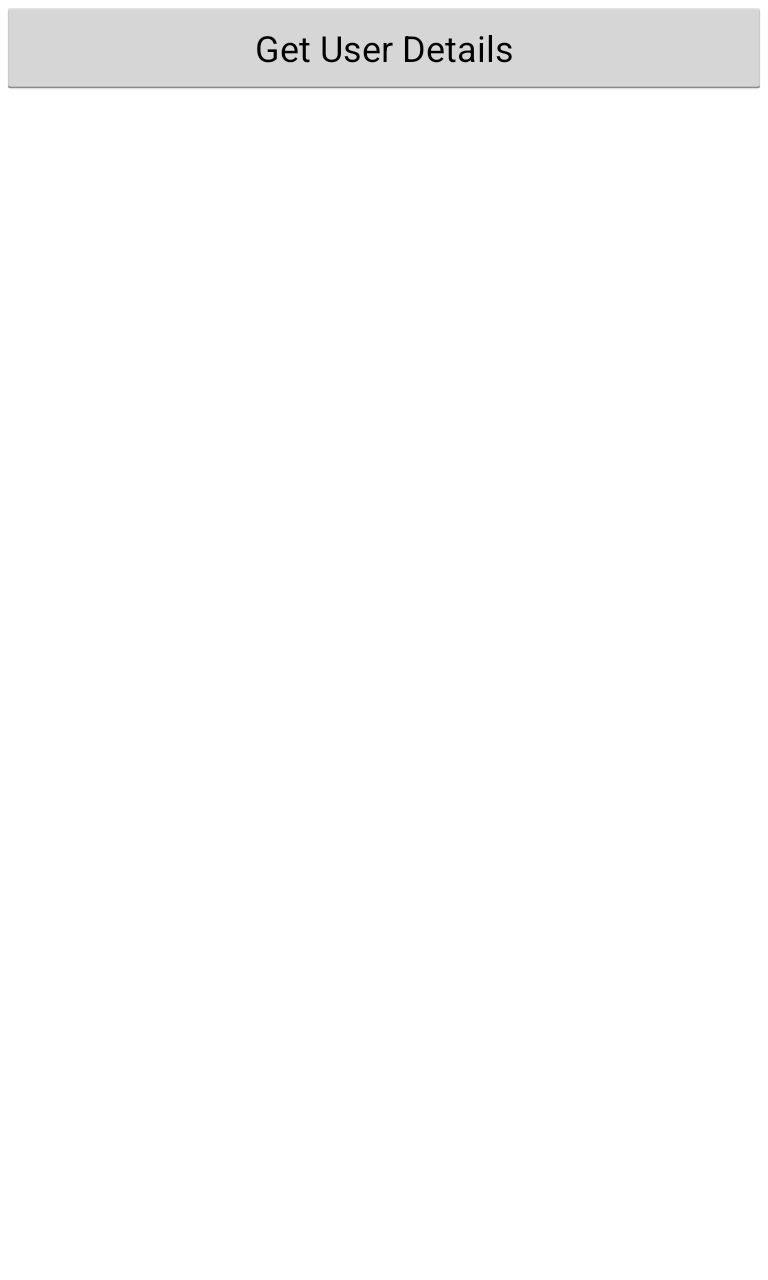
Repository: LakshmiKalyani93/AndroidTraining
Layout: UserInfo/res/layout/info.xml
The author's editor kept a copy of each file at every save. The layout is drawn from the files as they stood at one save, then again after the next save.
It is drawn on a 768 x 1280 px phone screen (xhdpi) without system bars, with theme AppTheme; the app's code is not run.

Above is the layout before, as saved 2014-09-09 06:59:23.

### UserInfo/res/layout/info.xml
<?xml version="1.0" encoding="utf-8"?>
<LinearLayout xmlns:android="http://schemas.android.com/apk/res/android"
    android:layout_width="match_parent"
    android:layout_height="match_parent"
    android:orientation="vertical"
    android:layout_gravity="center" >

    <Button android:id="@+id/user_btn"
        android:layout_height="wrap_content"
        android:layout_width="match_parent"
        android:text="@string/user"
        />


</LinearLayout>

### UserInfo/res/values/strings.xml
<resources>

    <string name="app_name">UserInfo</string>
    <string name="user">Get User Details</string>


</resources>

Loaded but not shown: UserInfo/res/values/styles.xml (common file); UserInfo/res/values-v11/styles.xml (common file); UserInfo/res/values-v14/styles.xml (common file)

After the next save:
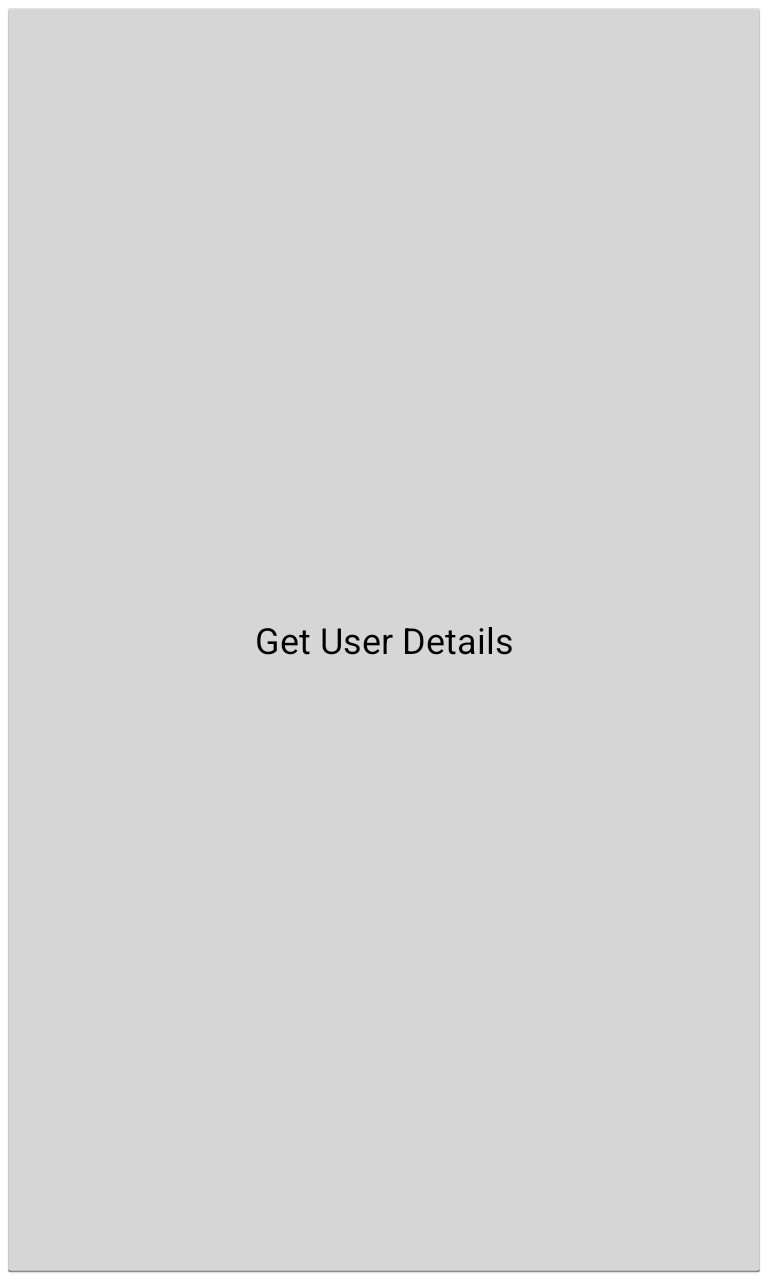
Saved 17 s later.
--- a/UserInfo/res/layout/info.xml
+++ b/UserInfo/res/layout/info.xml
@@ -6,7 +6,7 @@
     android:layout_gravity="center" >
 
     <Button android:id="@+id/user_btn"
-        android:layout_height="wrap_content"
+        android:layout_height="match_parent"
         android:layout_width="match_parent"
         android:text="@string/user"
         />

After the 3 saves that followed:
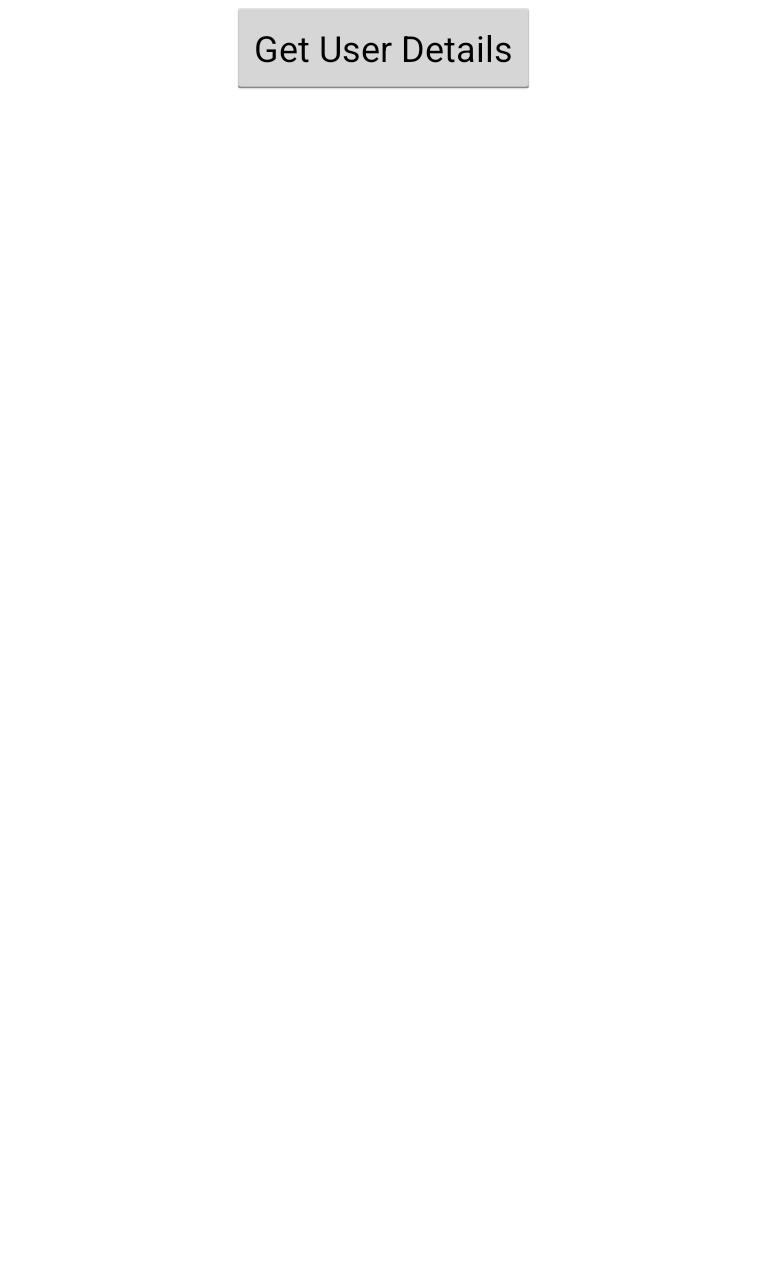
The 3 saves are shown as one change because 1 did not build or start and 1 left the picture as it was.
The last was saved 108 s later.
--- a/UserInfo/res/layout/info.xml
+++ b/UserInfo/res/layout/info.xml
@@ -2,14 +2,13 @@
 <LinearLayout xmlns:android="http://schemas.android.com/apk/res/android"
     android:layout_width="match_parent"
     android:layout_height="match_parent"
-    android:orientation="vertical"
-    android:layout_gravity="center" >
+    android:orientation="vertical" >
 
-    <Button android:id="@+id/user_btn"
-        android:layout_height="match_parent"
-        android:layout_width="match_parent"
-        android:text="@string/user"
-        />
-
+    <Button
+        android:id="@+id/user_btn"
+        android:layout_width="wrap_content"
+        android:layout_height="wrap_content"
+        android:layout_gravity="center"
+        android:text="@string/user" />
 
 </LinearLayout>
